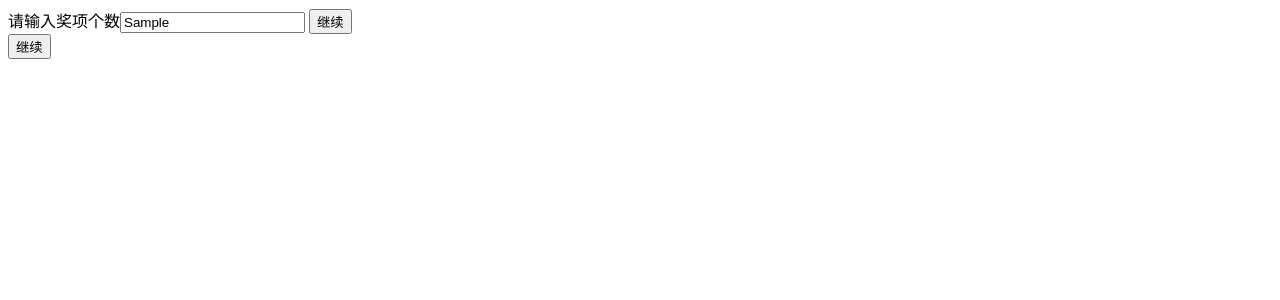
Repository: shadowofgost/Lab
Page: APPS/Lab1/Templates/index.html
The author's editor kept a copy of each file at every save. The page is drawn from the files as they stood at one save, then again after the next save.
The browser window is 1280 px wide. The pictures show the whole page.
Empty fields were first filled with sample values (such as "Sample", 5 or name@example.com).
After loading, the first visible `button` was clicked once.

Above is the page before, as saved 2021-09-23 13:50:50.

After the next save:
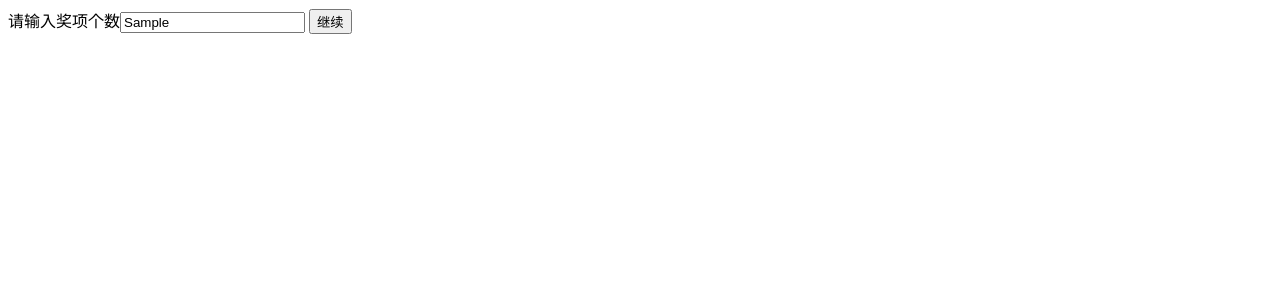
Console error: SyntaxError: Unexpected identifier 'validate_prize_number'
Saved 11 min 48 s later.
--- a/APPS/Lab1/Templates/index.html
+++ b/APPS/Lab1/Templates/index.html
@@ -49,6 +49,9 @@
 				participant_numbers.setAttribute("id", "participant_numbers");
 				participant_numbers.setAttribute("value", "0");
 				participant_numbers.setAttribute("onchange","validate_participant_numbers()");
+				var participant_numbers_error= document.createElement("h4");
+				participant_numbers_error.setAttribute("id", "participant_numbers_error");
+				TemO.appendChild(participant_numbers_error);
 				var button = document.createElement("button");
 				button.setAttribute("type", "button");
 				button.setAttribute("name", "continue");
@@ -58,30 +61,39 @@
 			}
 			function validate_prize_number(i) {
 				var prize_number = parseInt(document.getElementById("prize_"+i).value);
-				console.log(prize_number);
 				if (prize_number === 0) {
 					var prize_error = document.getElementById("prize_error_"+i);
 					prize_error.innerHTML = "奖项数量不为0";
+					return false;
 				}
 				if (Object.is(prize_number, NaN)) {
 					var prize_error = document.getElementById("prize_error_"+i);
 					prize_error.innerHTML = "请输入正确字符";
+					return false;
 				}
+				return true;
 			}
 			function validate_participant_numbers() {
 				var participant_numbers = parseInt(document.getElementById("participant_numbers").value);
-				if (prize_number === 0) {
-					var prize_error = document.getElementById("prize_error_"+i);
-					prize_error.innerHTML = "";
+				if (participant_numbers === 0) {
+					var participant_numbers = document.getElementById("participant_numbers_error");
+					participant_numbers.innerHTML = "总人数不为0";
+					return false;
 				}
-				if (Object.is(prize_number, NaN)) {
-					var prize_error = document.getElementById("prize_error_"+i);
-					prize_error.innerHTML = "请输入正确字符";
+				if (Object.is(participant_numbers, NaN)) {
+					var participant_numbers = document.getElementById("participant_numbers_error");
+					participant_numbers.innerHTML = "请输入正确字符";
+					return false;
 				}
+				return true;
 			}
 			function set_participant() {
-
-
+				var prize_number = parseInt(
+					document.getElementById("prize_number").value
+				);
+				for (var i = 1; i <= prize_number; i++) {
+					if validate_prize_number(i)
+				}
 			}
 		</script>
 	</body>
